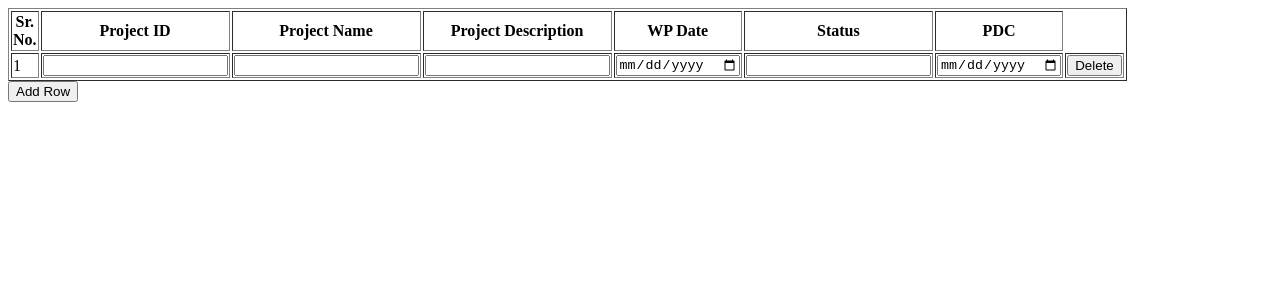
Repository: AdarshK062/BasicServlet
Page: http://localhost/Project1/index2.jsp
An editor plug-in stored every save of this project. The page is shown before and after the next save, followed by the edit.
The browser window is 1280 px wide. The pictures show the whole page.
The page is served by Tomcat 9.

Above is the page before, as saved 2021-03-28 20:27:18.

After the next save:
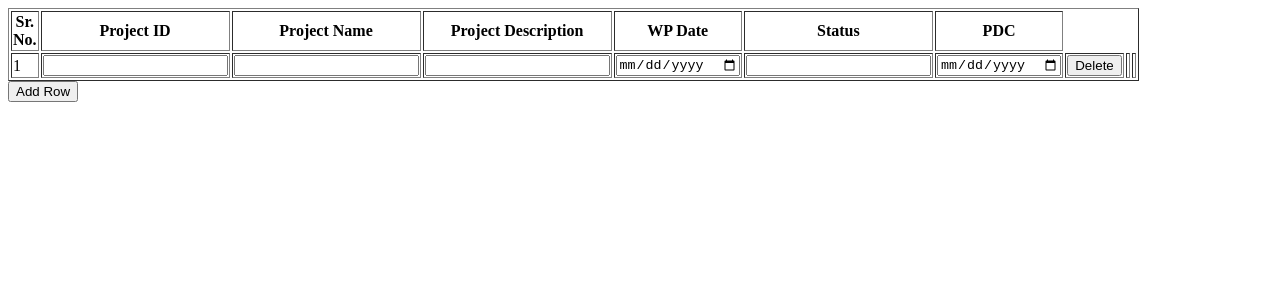
Saved 2 min 19 s later.
--- a/Project1/WebContent/index2.jsp
+++ b/Project1/WebContent/index2.jsp
@@ -112,6 +112,7 @@ DBConnect db=(DBConnect)s.getAttribute("db");
 			<TD><input type="text" value="" name="status1"></TD>
 			<TD><input type="date" value="" name="PDC1"></TD>
 			<TD><input type="button" name="button1" value="Delete" onclick="removeRow('button1')"></TD>
+			<TD><TD>
 		</TR>
 	</TABLE>
 	<INPUT type="button" value="Add Row" onclick="addRow('dataTable')" />
